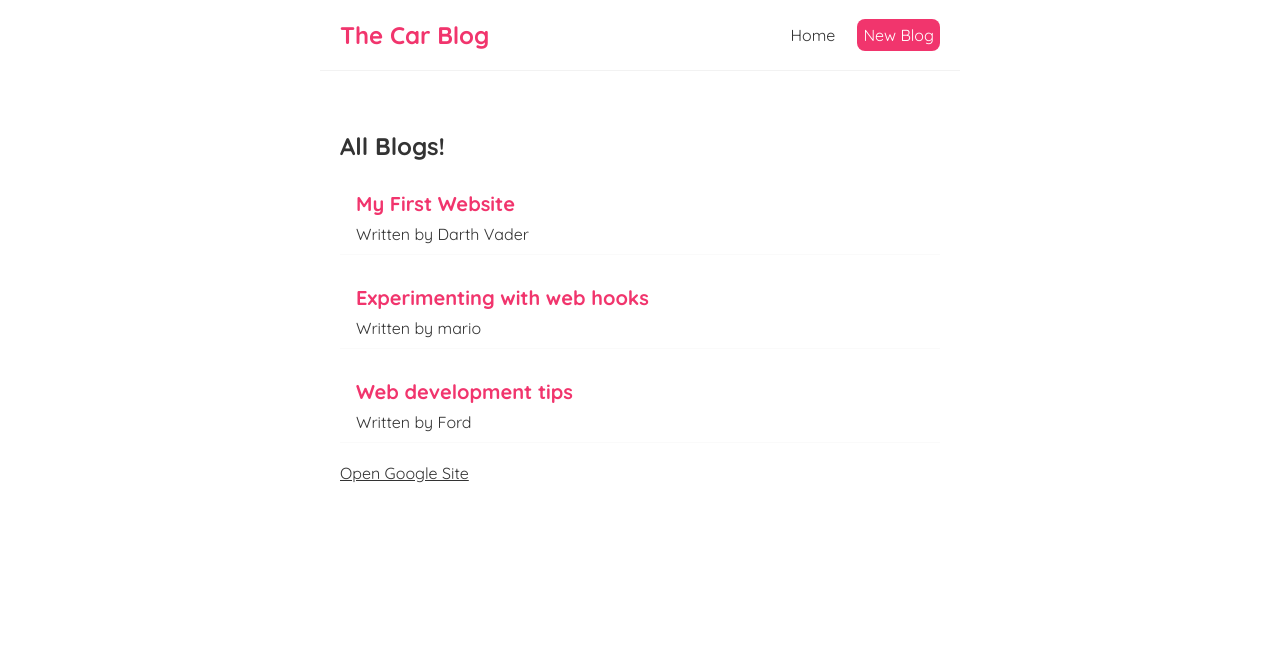
Repository: anuragkej/blogster
Page: /
These files come from the project's save history. The page is drawn as it stood at one moment and after the next save; the edit follows.
The browser window is 1280 px wide. The pictures show the whole page.
The project was rebuilt for these pictures with package versions that can differ from the ones it lists, and the page was loaded fresh each time.

Above is the page before, as saved 2024-08-29 17:54:01.

### src/index.css
@import url("https://fonts.googleapis.com/css2?family=Quicksand:wght@300;400;500;600;700&display=swap");

* {
  margin: 0;
  font-family: "Quicksand";
  color: #333;
}
.navbar {
  padding: 20px;
  display: flex;
  align-items: center;
  max-width: 600px;
  margin: 0 auto;
  border-bottom: 1px solid #f2f2f2;
}
.navbar h1 {
  color: #f1356d;
}
.navbar .links {
  margin-left: auto;
}
.navbar a {
  margin-left: 16px;
  text-decoration: none;
  padding: 6px;
}
.navbar a:hover {
  color: #f1356d;
}
.content {
  max-width: 600px;
  margin: 40px auto;
  padding: 20px;
}
/* blog previews / list */
.blog-preview {
  padding: 10px 16px;
  margin: 20px 0;
  border-bottom: 1px solid #fafafa;
}
.blog-preview:hover {
  box-shadow: 1px 3px 5px rgba(0, 0, 0, 0.1);
}
.blog-preview h2 {
  font-size: 20px;
  color: #f1356d;
  margin-bottom: 8px;
}

### src/App.js
import Navbar from "./Navbar";
import Home from "./Home";

function App() {
  const title = "Welcome to Blogster";
  const likes = 50;
  const link = "http://www.google.com";

  // react converts everything to string before outputting to browser, so don't need to worry about typecasting

  return (
    <div className="App">
      <Navbar></Navbar>
      <div className="content">
        <Home />

        <a href={link}>Open Google Site</a>
      </div>
    </div>
  );
}

export default App;

### src/Navbar.js
const Navbar = () => {
  return (
    <nav className="navbar">
      <h1>The Car Blog</h1>
      <div className="links">
        <a href="/">Home</a>
        <a
          href="/create"
          style={{
            color: "white",
            backgroundColor: "#f1356d",
            borderRadius: "8px",
          }}
        >
          New Blog
        </a>
      </div>
    </nav>
  );
};

export default Navbar;

### src/Home.js
import { useState } from "react";
import BlogList from "./BlogList";

const Home = () => {
  const [blogs, setBlogs] = useState([
    {
      title: "My First Website",
      body: "Developing website with react.",
      author: "Darth Vader",
      id: 1,
    },
    {
      title: "Experimenting with web hooks",
      body: "sample text",
      author: "mario",
      id: 2,
    },
    {
      title: "Web development tips",
      body: "Porsche 911 v. Lamborghini Huracan",
      author: "Ford",
      id: 3,
    },
  ]);

  return (
    <div className="home">
      {/* blos={blogs} is a prop */}
      <BlogList blogs={blogs} title="All Blogs!" />
    </div>
  );
};

export default Home;

### src/BlogList.js
const BlogList = (props) => {
  const blogs = props.blogs;
  const title = props.title;

  return (
    <div className="blog-list">
      <h2>{title}</h2>
      {blogs.map((blog) => (
        <div className="blog-preview" key={blog.id}>
          <h2>{blog.title}</h2>
          <p>Written by {blog.author}</p>
        </div>
      ))}
    </div>
  );
};

export default BlogList;

Loaded but not shown: public/index.html (common file); src/index.js (common file)

After the next save:
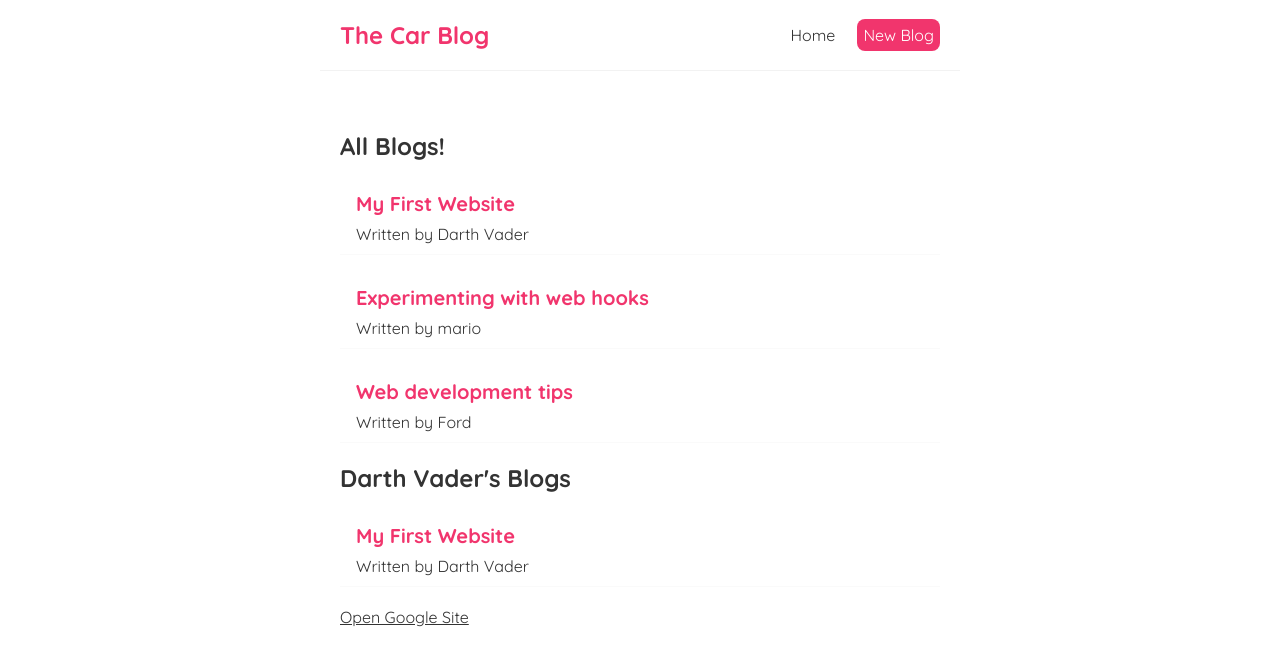
Saved 73 s later.
--- a/src/Home.js
+++ b/src/Home.js
@@ -27,6 +27,10 @@ const Home = () => {
     <div className="home">
       {/* blos={blogs} is a prop */}
       <BlogList blogs={blogs} title="All Blogs!" />
+      <BlogList
+        blogs={blogs.filter((blogs) => blogs.author === "Darth Vader")}
+        title="Darth Vader's Blogs"
+      />
     </div>
   );
 };
